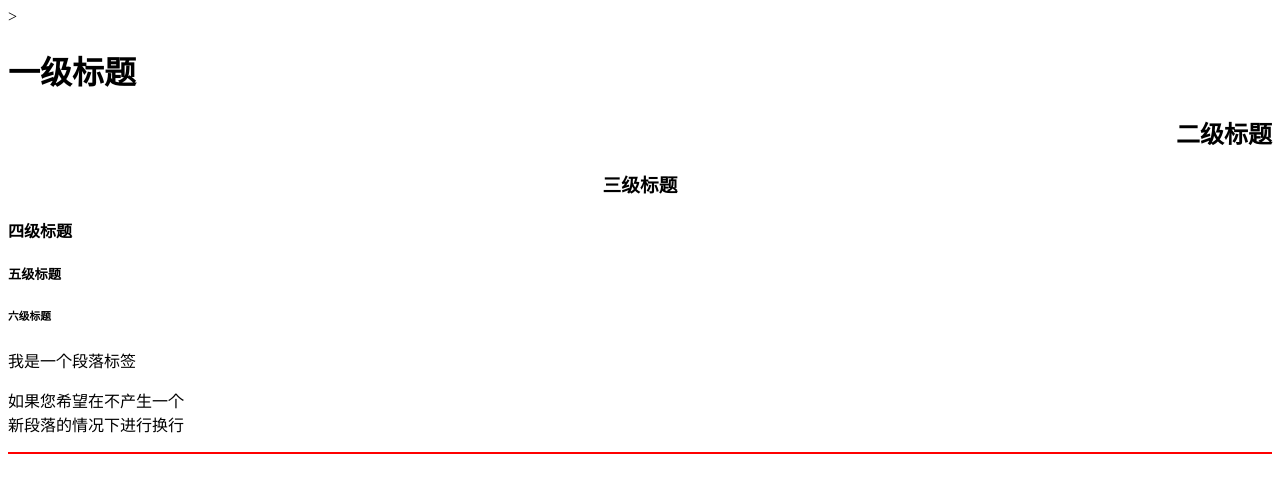
Repository: yuanliumaker/html-css-js
Page: hello.html
The author's editor kept a copy of each file at every save. The page is drawn from the files as they stood at one save, then again after the next save.
The browser window is 1280 px wide. The pictures show the whole page.

Above is the page before, as saved 2025-08-28 18:52:18.

### hello.html
<!DOCTYPE html>
<html lang="en">
<head>
    <meta charset="UTF-8">
    <meta name="viewport" content="width=device-width, initial-scale=1.0">
    <title>Document</title>
</head>
<body>
    <!--标题-->>
    <h1 align="left">一级标题</h1>
    <h2 align="right">二级标题</h2>
    <h3 align="center">三级标题</h3>
    <h4>四级标题</h4>
    <h5>五级标题</h5>
    <h6>六级标题</h6>
    <!--段落-->
    <!-- br表示换行-->
    <p>我是一个段落标签</p>
    <p>如果您希望在不产生一个<br>新段落的情况下进行换行</p>
    <hr color="red">
</body>
</html>

After the next save:
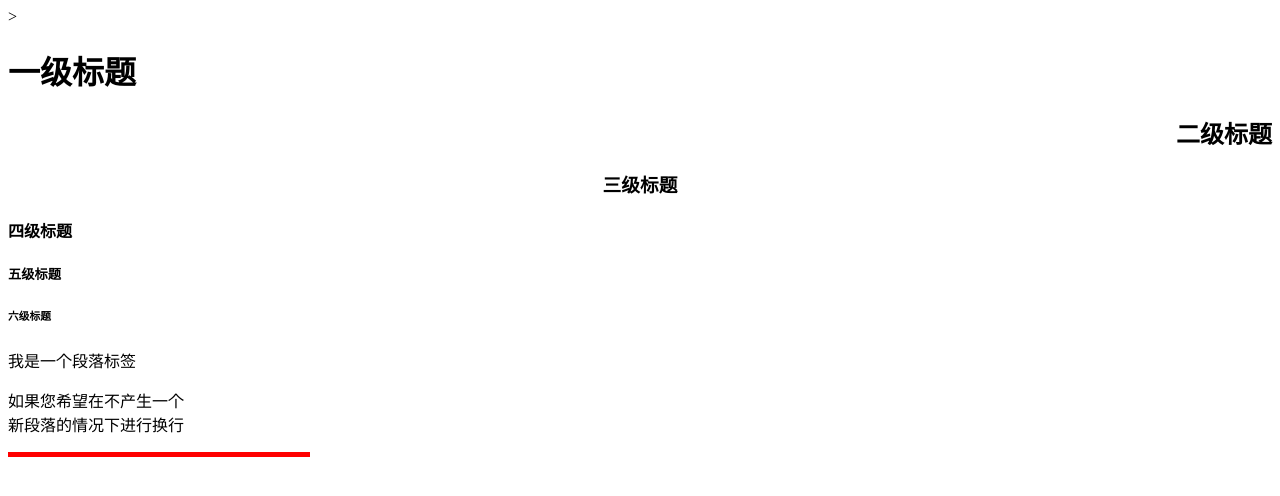
Saved 2 min 4 s later.
--- a/hello.html
+++ b/hello.html
@@ -14,9 +14,9 @@
     <h5>五级标题</h5>
     <h6>六级标题</h6>
     <!--段落-->
-    <!-- br表示换行-->
+    <!-- br表示换行 hr表示水平线 width属性表示水平线的宽度 size 表示线的高度 -->
     <p>我是一个段落标签</p>
     <p>如果您希望在不产生一个<br>新段落的情况下进行换行</p>
-    <hr color="red">
+    <hr color="red" width="300px" size="5px" align="left">
 </body>
 </html>
